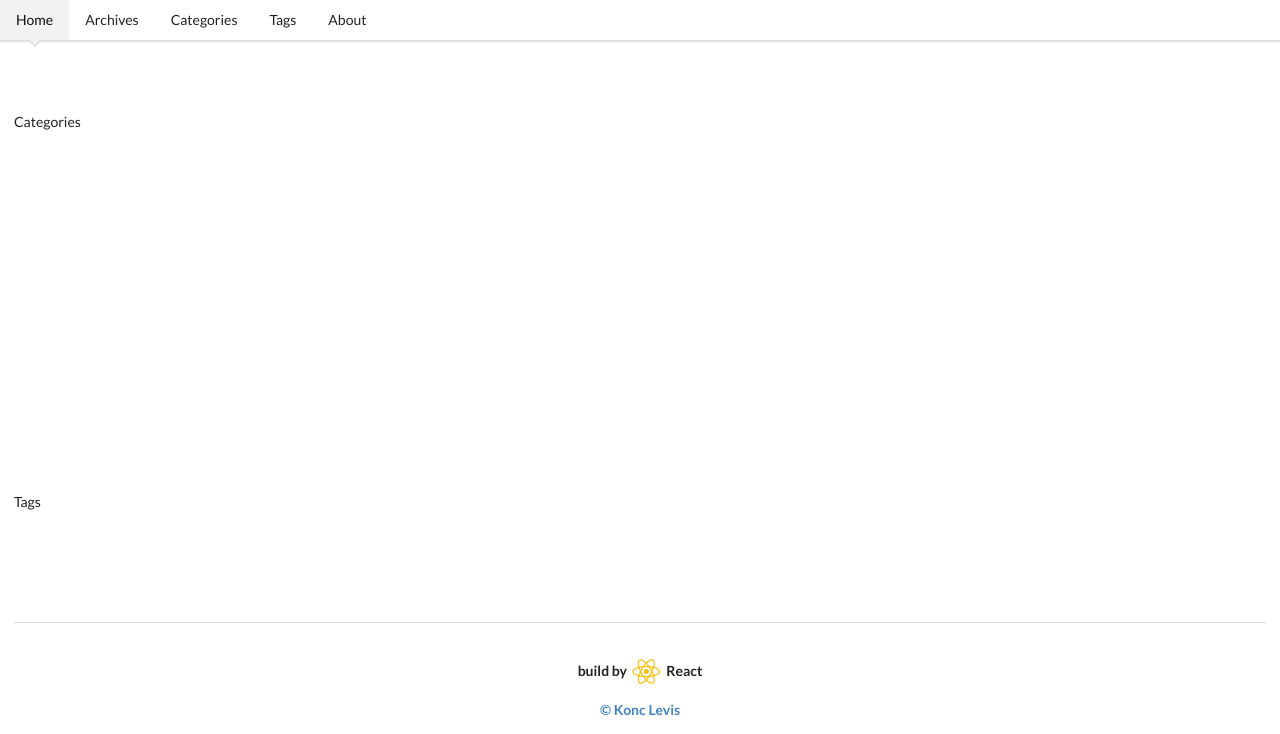
Repository: chu4j/my-spring-cloud-blog-frontend
Page: /
These files come from the project's save history. The page is drawn as it stood at one moment and after the next save; the edit follows.
The browser window is 1280 px wide. The pictures show the whole page.
The page's requests for data from a server got no answer. The project was rebuilt for these pictures with package versions that can differ from the ones it lists, and the page was loaded fresh each time. No one was signed in, and anything a server would have sent is missing. Also part of the build but not shown: src/components/Categories.jsx, src/components/FocusContent.jsx, src/css/App.css, src/components/owner/LoginForm.jsx, src/components/Tags.jsx, src/components/Timeline.jsx, src/components/TimelineHome.jsx.

Above is the page before, as saved 2021-02-24 12:52:15.

### src/index.js
import React from 'react';
import ReactDOM from 'react-dom';
import { BrowserRouter } from 'react-router-dom';
import 'semantic-ui-css/semantic.min.css';
import './css/index.css';
import BlogRouter from './router/Router';
import  'github-markdown-css';
ReactDOM.render(<
    BrowserRouter forceRefresh={true} >
    <BlogRouter />
</BrowserRouter>,
    document.getElementById('root')
);

### src/css/index.css
body {
  margin: 1em;
  -webkit-font-smoothing: antialiased;
  -moz-osx-font-smoothing: grayscale;
}

code {
  font-family: source-code-pro, Menlo, Monaco, Consolas, "Courier New",
    monospace;
}

.post-container {
  padding: 8px;
  border-radius: 2px;
}

.post-title {
  color: #011623;
}

.post-title:hover {
  color: #011623;
  text-decoration: underline;
}

/*animate*/

.posts-appear {
  opacity: 0;
}

.posts-enter {
  opacity: 1;
  transform: scale(0.95);
}

.posts-enter-active {
  opacity: 1;
  transform: translateX(0);
  transition: opacity 300ms, transform 200ms;
}

.posts-exit {
  opacity: 1;
  transform: scale(0.9);
}

.posts-exit-active {
  opacity: 0;
  transform: translateX(0);
  transition: opacity 300ms, transform 200ms;
}

.post-container pre code {
}
.common-label {
  display: inline-block;
  margin: 5px;
  padding: 2px;
  color: #010101;
  border-radius: 0;
}
.common-label-container {
  min-height: 280px;
}
.menu-container {
  margin-bottom: 5em;
}
.post-category {
  padding: 3px;
  background-color: #010101;
  color: white;
  display: inline-block;
  border-radius: 2px;
}
.post-category:hover {
  color: white;
  text-decoration: underline;
}
.post-tag {
  padding: 3px;
  color: #011623;
  border: 1px solid #011623;
  display: inline-block;
  border-radius: 4px;
}
.post-tag:hover {
  color: #010101;
  text-decoration: underline;
}

### src/router/Router.jsx
import { Route, Switch } from "react-router-dom";
import Categories from "../components/Categories";
import FocusPostComponent from "../components/FocusContent";
import Home from "../components/Home";
import LoginForm from "../components/owner/LoginForm";
import Tags from "../components/Tags";
import MyTimeline from "../components/Timeline";
import TimelineHome from "../components/TimelineHome";
export default function BlogRouter() {
  return (
    <Switch>
      <Route path="/" exact>
        <Home />
      </Route>
      <Route path="/owner/login" exact>
        <LoginForm />
      </Route>
      <Route path="/category/:name" exact>
        <Home />
      </Route>
      <Route path="/tag/:name" exact>
        <Home />
      </Route>
      <Route path="/posts/page/:pageNumber">
        <Home />
      </Route>
      <Route path="/category/:name/page/:pageNumber">
        <Home />
      </Route>
      <Route path="/tag/:name/page/:pageNumber">
        <Home />
      </Route>
      <Route path="/post/:postId" exact>
        <FocusPostComponent />
      </Route>
      <Route path="/categories" exact>
        <Categories />
      </Route>
      <Route path="/tags" exact>
        <Tags />
      </Route>
      <Route path="/posts/timeline" exact>
        <TimelineHome />
      </Route>
      <Route path="/posts/timeline/page/:pageNumber" exact>
        <TimelineHome />
      </Route>
    </Switch>
  );
}

### src/components/Home.jsx
import { React, useEffect, useState } from "react";
import { useParams, useRouteMatch } from "react-router-dom";
import "../css/App.css";
import { ServerHost } from "./AppConfig";
import BlogLayout from "./BlogLayout";
import CategoryComponent from "./CategoryComponent";
import ContentComponent from "./Content";
import TagComponent from "./TagComponent";
async function getArchive(path) {
  const axios = require("axios").default;
  if (null == path) {
    return axios.get(ServerHost + "/v1/api/archive").then((res) => res.data);
  } else {
    return axios.get(path).then((res) => res.data);
  }
}
function countPath(router, name, pageNumber) {
  let requestUrl = "";
  let pagePrefix = "";
  const path = router.path;
  switch (path) {
    case "/":
      requestUrl = ServerHost + "/v1/api/archive";
      pagePrefix = "/posts/page/";
      break;
    case "/category/:name":
      requestUrl = ServerHost + "/v1/api/category/" + name;
      pagePrefix = "/category/" + name + "/page/";
      break;
    case "/category/:name/page/:pageNumber":
      requestUrl =
        ServerHost + "/v1/api/category/" + name + "?page=" + pageNumber;
      pagePrefix = "/category/" + name + "/page/";
      break;
    case "/tag/:name":
      requestUrl = ServerHost + "/v1/api/tag/" + name;
      pagePrefix = "/tag/" + name + "/page/";
      break;
    case "/tag/:name/page/:pageNumber":
      requestUrl = ServerHost + "/v1/api/tag/" + name + "?page=" + pageNumber;
      pagePrefix = "/tag/" + name + "/page/";
      break;
    case "/posts/page/:pageNumber":
      requestUrl = ServerHost + "/v1/api/archive?page=" + pageNumber;
      pagePrefix = "/posts/page/";
      break;
    default:
      break;
  }
  return { requestUrl, pagePrefix };
}
export default function Home() {
  let { name, pageNumber } = useParams();
  const router = useRouteMatch();
  console.log("router:" + JSON.stringify(router) + " type:" + typeof router);
  const params = countPath(router, name, pageNumber);
  console.log("returnPath:" + params.requestUrl);
  let activePage = 1;
  if (null != pageNumber && undefined != pageNumber) activePage = pageNumber;
  const [response, setData] = useState({});
  useEffect(() => {
    getArchive(params.requestUrl).then((res) => {
      setData(res);
    });
  }, []);
  return (
    <BlogLayout
      CategoryComponent={<CategoryComponent />}
      TagComponent={<TagComponent />}
      ContentComponent={
        <ContentComponent
          response={response}
          activePage={activePage}
          pagePrefix={params.pagePrefix}
        />
      }
      style={{ margin: 0, padding: 0 }}
    />
  );
}

### src/components/BlogLayout.jsx
import { Grid } from "semantic-ui-react";
import "../css/index.css";
import Header from "./BlogHeader";
import DivRow from "./Common";
import Footer from "./Footer";
export default function BlogLayout(props) {
  return (
    <div className="customBackground">
      <Grid stackable>
        <Grid.Row columns={1}>
          <Header />
        </Grid.Row>
        <Grid.Row>
          {props.CategoryComponent && props.TagComponent && (
            <Grid.Column width={3}>
              {props.CategoryComponent}
              <DivRow />
              <DivRow />
              <DivRow />
              {props.TagComponent}
            </Grid.Column>
          )}
          {props.CategoryComponent &&
          props.TagComponent &&
          props.ContentComponent ? (
            <Grid.Column width={12}>{props.ContentComponent}</Grid.Column>
          ) : (
            <Grid.Column width={16}>{props.ContentComponent}</Grid.Column>
          )}
        </Grid.Row>
        <Grid.Row columns={1}>
          <Grid.Column>
            <Footer />
          </Grid.Column>
        </Grid.Row>
      </Grid>
    </div>
  );
}

### src/components/CategoryComponent.jsx
import React, { Component } from "react";
import { ServerHost } from "./AppConfig";
import DivRow from "./Common";
class CategoryComponent extends Component {
  state = {
    data: [{}],
  };
  componentDidMount() {
    const axois = require("axios").default;
    axois
      .get(ServerHost + "/v1/api/category/statistics/count")
      .then((res) => {
        const data = res.data;
        this.setState({ data: data });
      })
      .catch((error) => {
        console.log(error);
      });
    console.log("category card render");
  }
  render() {
    return (
      <>
        <span>Categories</span>
        <DivRow />
        <div className="common-label-container">
          {this.state.data.map((e, index) => (
            <a key={index} href={"/category/" + e.value} className="common-label">
              {e.value}
              &nbsp;
              {e.count}
            </a>
          ))}
        </div>
      </>
    );
  }
}
export default CategoryComponent;

### src/components/AppConfig.jsx
export const ServerHost = "http://localhost:9000";

### src/components/Content.jsx
import { React, useEffect, useState } from "react";
import { useHistory, withRouter } from "react-router-dom";
import { CSSTransition } from "react-transition-group";
import { Container, Grid, Header, Icon, Pagination } from "semantic-ui-react";
import DivRow from "./Common";

function ContentComponent(props) {
  const hljs = require("highlight.js");
  const [showComponent, setShowComponent] = useState(false);
  console.log("state : " + showComponent);
  useEffect(() => {
    let time = setTimeout(() => setShowComponent(true), 100);
    hljs.highlightAll();
    return () => {
      clearTimeout(time);
    };
  }, []);
  const history = useHistory();
  const handlePaginationClick = (e, { activePage }) => {
    const url = props.pagePrefix + activePage;
    history.push(url);
  };
  return (
    <>
      <CSSTransition
        in={showComponent}
        classNames="posts"
        timeout={200}
        unmountOnExit
      >
        <Container fluid>
          {props.response.list &&
            props.response.list.map((a, index) => (
              <div
                style={index > 0 ? { marginTop: "20px" } : {}}
                className="post-container"
              >
                <Header as="h1" textAlign="center">
                  <a href={"/post/" + a.serialNumber} className="post-title">
                    {a.title}
                  </a>
                </Header>
                {
                  <div
                    className="markdown-body"
                    dangerouslySetInnerHTML={{ __html: a.content }}
                  ></div>
                }

                <DivRow />
                {a.category && a.tag && (
                  <>
                    <Container fluid>
                      <Grid>
                        <Grid.Row>
                          <Grid.Column width={5}>
                            {a.category.map((c, index) => (
                              <>
                                {" "}
                                <div key={index}>
                                  <span>
                                    <Icon name="linkify" color="black" />
                                    <a
                                      href={"/category/" + c.category}
                                      className="post-category"
                                    >
                                      {c.category}
                                    </a>
                                  </span>
                                </div>
                              </>
                            ))}
                          </Grid.Column>

                          <Grid.Column width={11}>
                            <Icon name="hashtag" color="teal" />
                            {a.tag.map((t, index) => (
                              <>
                                {" "}
                                <span key={index}>
                                  <a
                                    href={"/tag/" + t.tag}
                                    className="post-tag"
                                  >
                                    {t.tag}
                                  </a>
                                </span>
                              </>
                            ))}
                          </Grid.Column>
                        </Grid.Row>
                      </Grid>
                    </Container>
                  </>
                )}
                <DivRow />
                <DivRow />
              </div>
            ))}
          {props.response.totalPage > 1 && props.activePage && (
            <Container fluid textAlign="center" style={{ marginTop: "2em" }}>
              <Pagination
                totalPages={props.response.totalPage}
                firstItem={null}
                lastItem={null}
                pointing
                secondary
                activePage={props.activePage}
                onPageChange={handlePaginationClick}
              />
            </Container>
          )}
          {props.focus && props.response.list && (
            <div style={{ marginTop: "1em" }}>
              <Grid stackable>
                <Grid.Row>
                  <Grid.Column width={8}>
                    {props.response.list.map((e, index) => (
                      <>
                        {e.previous && (
                          <a
                            key={index}
                            href={"/post/" + e.previous.serialNumber}
                            style={{ fontWeight: "900" }}
                          >
                            <Icon name="angle left" size="big"></Icon>
                            &nbsp;&nbsp;{e.previous.title}
                          </a>
                        )}
                      </>
                    ))}
                  </Grid.Column>
                  <Grid.Column width={8} textAlign="right">
                    {props.response.list.map((e, index) => (
                      <>
                        {e.next && (
                          <a
                            key={index}
                            href={"/post/" + e.next.serialNumber}
                            style={{ fontWeight: "900" }}
                          >
                            {e.next.title}&nbsp;&nbsp;
                            <Icon name="angle right" size="big"></Icon>
                          </a>
                        )}
                      </>
                    ))}
                  </Grid.Column>
                </Grid.Row>
              </Grid>
            </div>
          )}
        </Container>
      </CSSTransition>
    </>
  );
}
export default withRouter(ContentComponent);

### src/components/TagComponent.jsx
import React, { Component } from "react";
import { ServerHost } from "./AppConfig";
import DivRow from "./Common";
class TagComponent extends Component {
  state = {
    data: [{}],
  };
  componentDidMount() {
    const axois = require("axios").default;
    axois
      .get(ServerHost + "/v1/api/tag/statistics/count")
      .then((res) => {
        const data = res.data;
        this.setState({ data: data });
      })
      .catch((error) => {
        console.error(error);
      });
  }
  render() {
    return (
      <>
        <span>Tags</span>
        <DivRow />
        <div>
          {this.state.data.map((e, index) => (
            <a key={index} href={"/tag/" + e.value} className="common-label">
              {e.value}
              &nbsp;
              {e.count}
            </a>
          ))}
        </div>
      </>
    );
  }
}
export default TagComponent;

### src/components/Common.jsx
export default function DivRow() {
  return <div>&nbsp;</div>;
}

### src/components/BlogHeader.jsx
import React, { Component } from "react";
import { Container, Menu } from "semantic-ui-react";
const menuStyle = {
  border: "none",
  borderRadius: 0,
  boxShadow: "none",
  marginBottom: "1em",
  marginTop: "4em",
  transition: "box-shadow 0.5s ease, padding 0.5s ease",
};

class BlogHeader extends Component {
  state = {
    activeItem: "home",
  };

  handleItemClick = (e, { name }) => this.setState({ activeItem: name });
  render() {
    const { activeItem } = this.state;
    return (
      <Container fluid className="menu-container">
        <Menu fixed="top" pointing  borderless>
          <Menu.Item
            as="a"
            name="home"
            active={activeItem === "home"}
            onClick={this.handleItemClick}
            link
            href="/"
          ></Menu.Item>
          <Menu.Item
            as="a"
            name="archives"
            active={activeItem === "archives"}
            onClick={this.handleItemClick}
            link
            href="/posts/timeline"
          />
          <Menu.Item
            as="a"
            name="categories"
            active={activeItem === "categories"}
            onClick={this.handleItemClick}
            link
            href="/categories"
          />
          <Menu.Item
            name="tags"
            active={activeItem === "tags"}
            onClick={this.handleItemClick}
            as="a"
            href="/tags"
          />
          <Menu.Item
            name="about"
            active={activeItem === "about"}
            onClick={this.handleItemClick}
          />
        </Menu>
      </Container>
    );
  }
}

export default BlogHeader;

### src/components/Footer.jsx
import { Component, React } from "react";
import { Divider, Icon } from "semantic-ui-react";
import DivRow from "./Common";

class Footer extends Component {
  render() {
    return (
      <div style={{ marginTop: "2em", textAlign: "center" }}>
        <Divider />
        <DivRow />
        <p style={{ fontWeight: "900" }}>
          build by <Icon name="react" color="yellow" size="big" />
          <b>React</b>
        </p>

        <a href="https://www.github.com/konchoo">
          <b>&copy;&nbsp;Konc Levis</b>
        </a>
      </div>
    );
  }
}
export default Footer;

Loaded but not shown: public/index.html (common file)

After the next save:
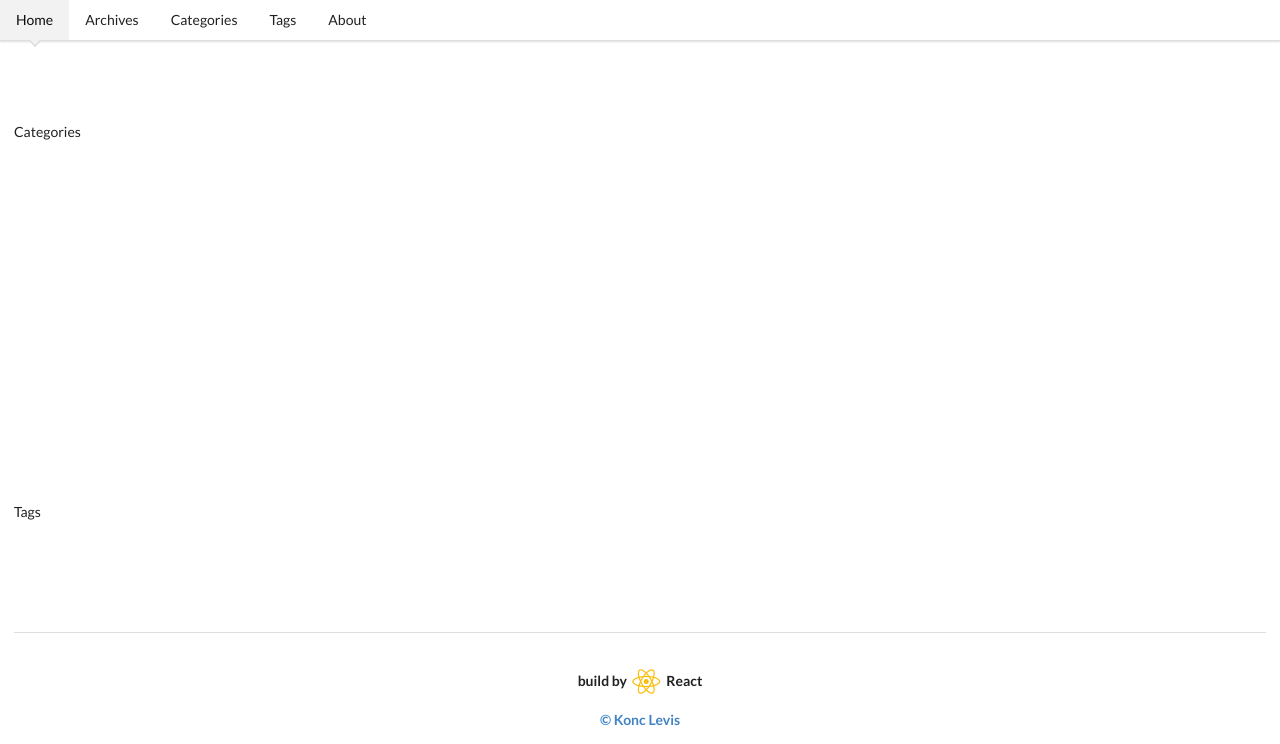
Saved 25 s later.
--- a/src/components/BlogHeader.jsx
+++ b/src/components/BlogHeader.jsx
@@ -18,7 +18,7 @@
   render() {
     const { activeItem } = this.state;
     return (
-      <Container fluid className="menu-container">
+      <Container fluid text className="menu-container">
         <Menu fixed="top" pointing  borderless>
           <Menu.Item
             as="a"

After the save that followed:
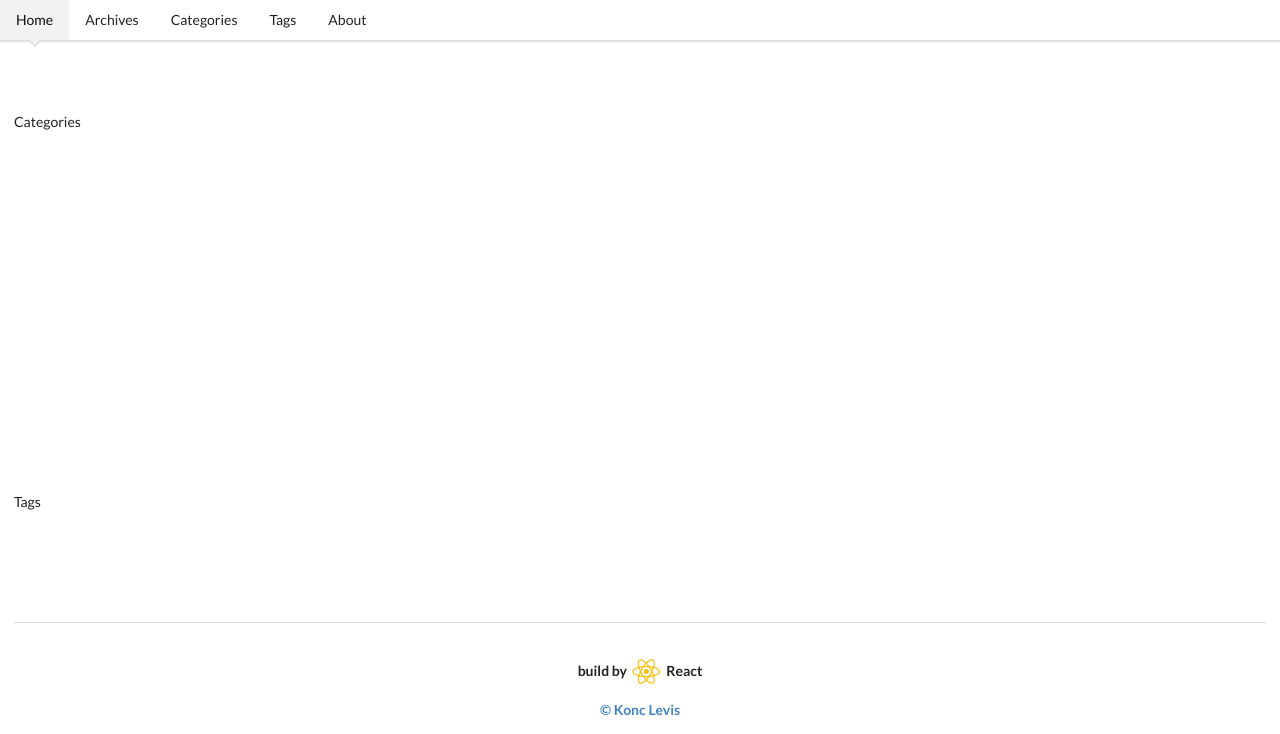
Saved 17 s later.
--- a/src/components/BlogHeader.jsx
+++ b/src/components/BlogHeader.jsx
@@ -18,7 +18,7 @@
   render() {
     const { activeItem } = this.state;
     return (
-      <Container fluid text className="menu-container">
+      <Container fluid className="menu-container">
         <Menu fixed="top" pointing  borderless>
           <Menu.Item
             as="a"
